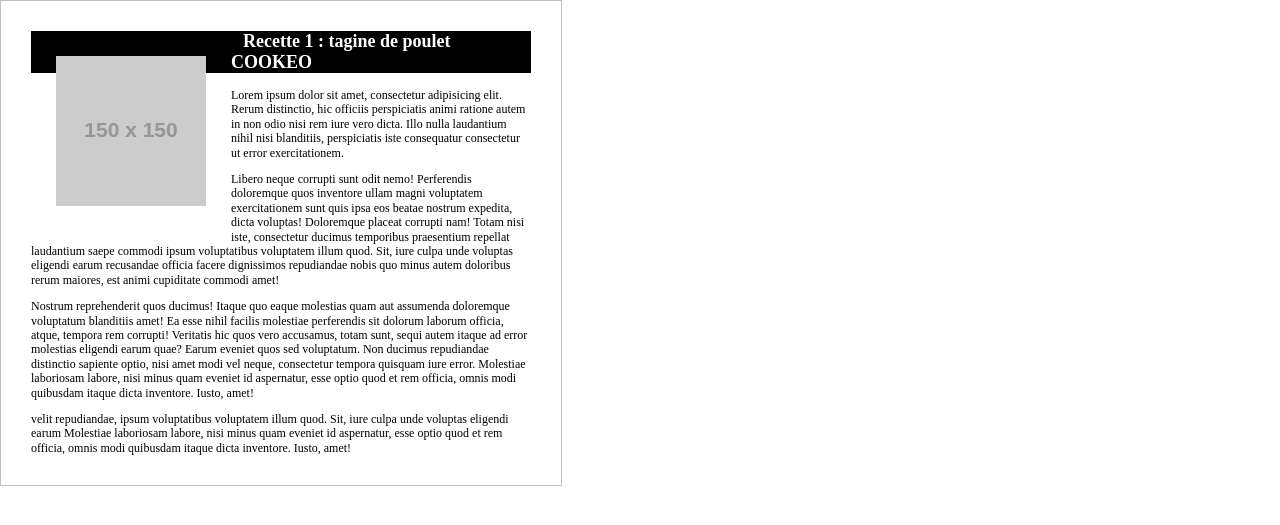
Repository: Luc010/Exercices
Page: HTML CSS/cours/float4.html
The author's editor kept a copy of each file at every save. The page is drawn from the files as they stood at one save, then again after a run of saves.
The browser window is 1280 px wide. The pictures show the whole page.

Above is the page before, as saved 2019-09-05 11:51:22.

### HTML CSS/cours/float4.html
<!DOCTYPE html>
<html lang="fr">
<head>
    <meta charset="UTF-8">
    <title>Document</title>
    <style>
        body {
            margin: 0;
            font-family: corbel;
            font-size: 12px;

        }
        .col2 {
            width: 560px;
            min-height: 450px;
            background-color: white;
            overflow: hidden;
            border: 1px solid silver;

        }
        article h1 {
            background-color: black;
            color: white;
            text-indent: 12px;

        }
        article {
            margin: 30px;

        }
        p {
            margin-bottom: 0;
            line-height: 120%;
        }
    </style>
</head>
<body>
    <div class="col2">
        <article>
            <img src="https://via.placeholder.com/150" style="float: left;padding: 25px;">
            <h1>Recette 1 : tagine de poulet COOKEO</h1>
            <!-- <img  src="https://via.placeholder.com/140x180" alt=""> -->
            <p>Lorem ipsum dolor sit amet, consectetur adipisicing elit. Rerum distinctio, hic officiis perspiciatis
                animi ratione autem in non odio nisi rem iure vero dicta. Illo nulla laudantium nihil nisi blanditiis,
                perspiciatis iste consequatur consectetur ut error exercitationem. </p>

            <p>Libero neque corrupti sunt odit nemo! Perferendis doloremque quos inventore ullam magni voluptatem
                exercitationem sunt quis ipsa eos beatae nostrum expedita, dicta voluptas! Doloremque placeat corrupti
                nam! Totam nisi iste, consectetur ducimus temporibus praesentium repellat laudantium saepe commodi ipsum
                voluptatibus voluptatem illum quod. Sit, iure culpa unde voluptas eligendi earum recusandae officia
                facere dignissimos repudiandae nobis quo minus autem doloribus rerum maiores, est animi cupiditate
                commodi amet! </p>

            <p>Nostrum reprehenderit quos ducimus! Itaque quo eaque molestias quam aut assumenda doloremque voluptatum
                blanditiis amet! Ea esse nihil facilis molestiae perferendis sit dolorum laborum officia, atque, tempora
                rem corrupti! Veritatis hic quos vero accusamus, totam sunt, sequi autem itaque ad error molestias
                eligendi earum quae? Earum eveniet quos sed voluptatum. Non ducimus repudiandae distinctio sapiente
                optio, nisi amet modi vel neque, consectetur tempora quisquam iure error. Molestiae laboriosam labore,
                nisi minus quam eveniet id aspernatur, esse optio quod et rem officia, omnis modi quibusdam itaque dicta
                inventore. Iusto, amet!</p>

            <p>velit repudiandae, ipsum voluptatibus voluptatem illum quod. Sit, iure culpa unde voluptas eligendi earum
                Molestiae laboriosam labore, nisi minus quam eveniet id aspernatur, esse optio quod et rem officia,
                omnis modi quibusdam itaque dicta inventore. Iusto, amet!</p>

        </article>
    </div>
</body>
</html>

After the next 3 saves:
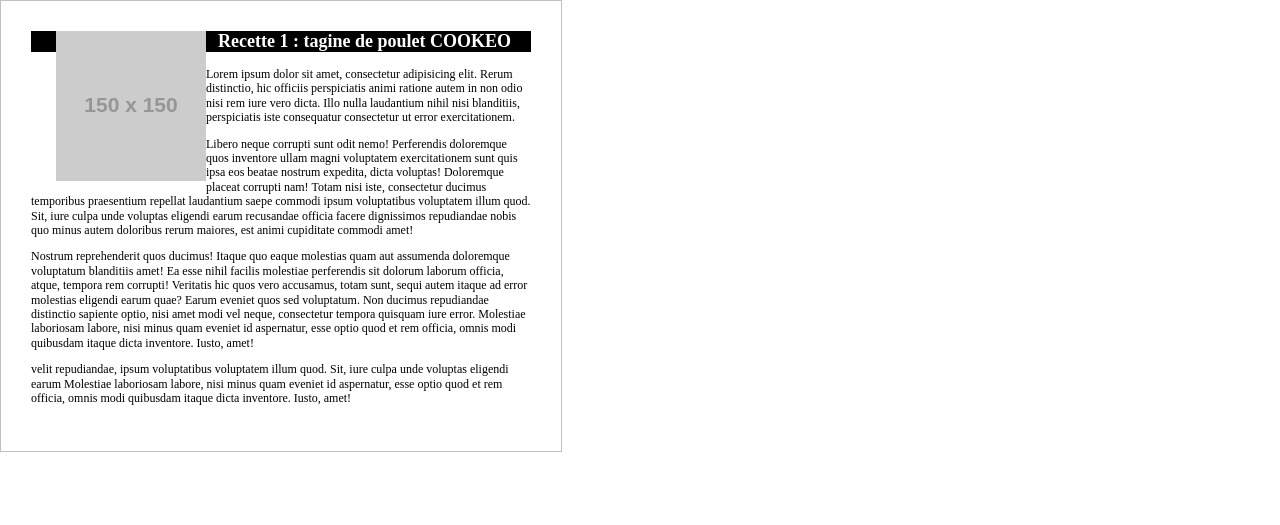
The 3 saves are shown as one change because they came seconds apart.
The last was saved 16 s later.
--- a/HTML CSS/cours/float4.html
+++ b/HTML CSS/cours/float4.html
@@ -37,7 +37,7 @@
 <body>
     <div class="col2">
         <article>
-            <img src="https://via.placeholder.com/150" style="float: left;padding: 25px;">
+            <img src="https://via.placeholder.com/150" style="float: left;padding-left: 25px;">
             <h1>Recette 1 : tagine de poulet COOKEO</h1>
             <!-- <img  src="https://via.placeholder.com/140x180" alt=""> -->
             <p>Lorem ipsum dolor sit amet, consectetur adipisicing elit. Rerum distinctio, hic officiis perspiciatis
